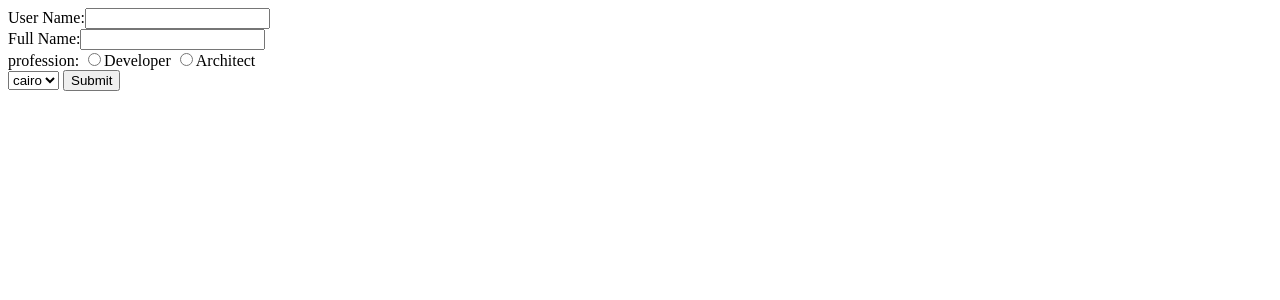
Repository: abdallahokasha/Servlets-and-JSP
Page: SimpleServletProject/WebContent/SimpleForm.html
These files come from the project's save history. The page is drawn as it stood at one moment and after the next save; the edit follows.
The browser window is 1280 px wide. The pictures show the whole page.

Above is the page before, as saved 2016-08-05 11:47:21.

After the next save:
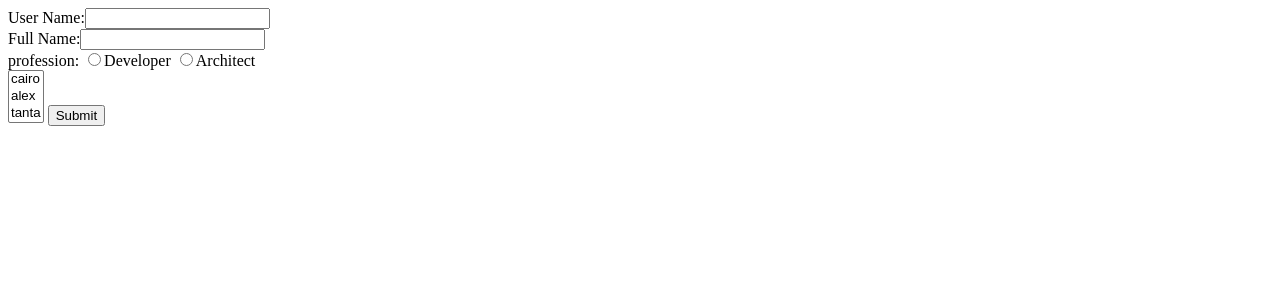
Saved 2 h 0 min later.
--- a/SimpleServletProject/WebContent/SimpleForm.html
+++ b/SimpleServletProject/WebContent/SimpleForm.html
@@ -15,9 +15,10 @@
 	<input type="radio" name="prof" value="developer">Developer</input>
 	<input type="radio" name="prof" value="Architect">Architect</input>
 	<br>
-	<select name="location">
+	<select name="location" multiple size=3>
 	<option value="Cairo"> cairo</option>
 	<option value="Alex"> alex</option>
+	<option value="Tanta"> tanta</option>
 	</select>
 	<input type="submit" />
 	</form>
